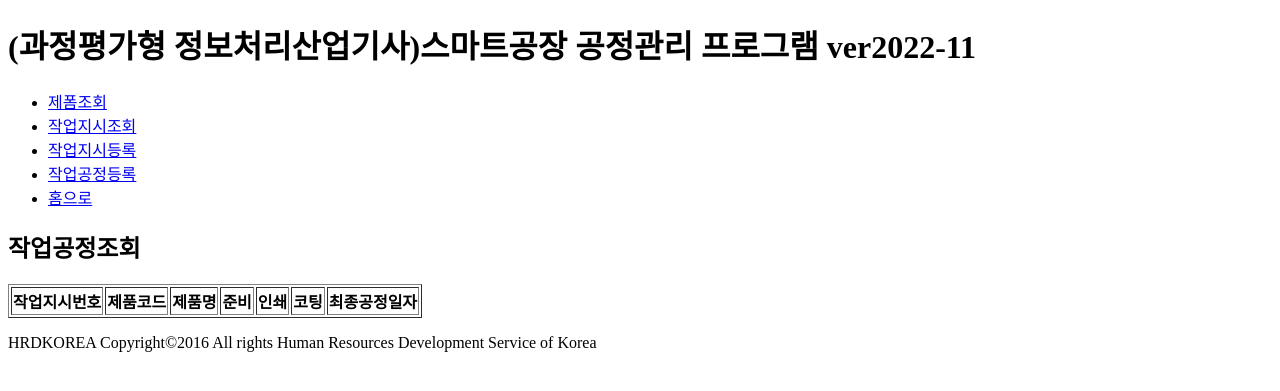
Repository: anakyn01/exam
Page: http://localhost/smart_5/sub4.jsp
These files come from the project's save history. The page is drawn as it stood at one moment and after the next save; the edit follows.
The browser window is 1280 px wide. The pictures show the whole page.
The page is served by Tomcat 9. Other server files are loaded and not shown.

Above is the page before, as saved 2025-01-06 07:16:28.

### smart_5/src/main/webapp/sub4.jsp
<%@ page language="java" contentType="text/html; charset=UTF-8"
    pageEncoding="UTF-8"%>
<jsp:include page="include/header.jsp"/>

<section>
<h2>작업공정조회</h2>
<table border=1>
<tr>
<th>작업지시번호</th>
<th>제품코드</th>
<th>제품명</th>
<th>준비</th>
<th>인쇄</th>
<th>코팅</th>
<th>최종공정일자</th>
</tr>
</table>
</section>

<jsp:include page="include/footer.jsp"/>

### smart_5/src/main/webapp/include/header.jsp
<%@ page language="java" contentType="text/html; charset=UTF-8"
    pageEncoding="UTF-8"%>
<!DOCTYPE html>
<html>
<head>
<meta charset="UTF-8">
<title>스마트 공정관리 프로그램</title>
<link rel="stylesheet" href="css/style.css"/>
</head>
<body>
<header>
<h1>(과정평가형 정보처리산업기사)스마트공장 공정관리 프로그램 ver2022-11</h1>
</header>
<nav>
<ul>
<li><a href="sub1.jsp">제폼조회</a></li>
<li><a href="sub2.jsp">작업지시조회</a></li>
<li><a href="sub3.jsp">작업지시등록</a></li>
<li><a href="sub4.jsp">작업공정등록</a></li>
<li><a href="index.jsp">홈으로</a></li>
</ul>
</nav>

### smart_5/src/main/webapp/include/footer.jsp
<%@ page language="java" contentType="text/html; charset=UTF-8"
    pageEncoding="UTF-8"%>
<footer>
<p>HRDKOREA Copyright&copy;2016 All rights Human Resources Development Service of Korea</p>
</footer>
</body>
</html>

Loaded but not shown: smart_5/src/main/webapp/css/style.css (common file)

After the next save:
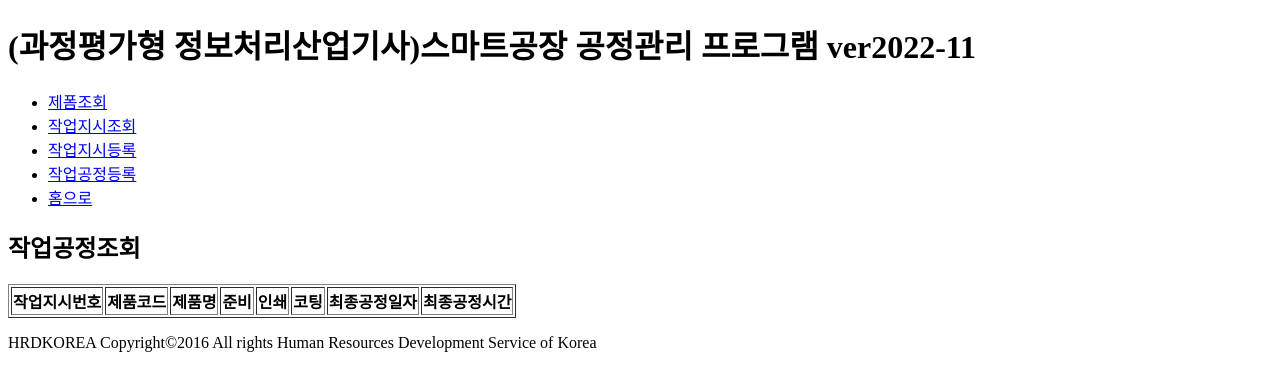
Saved 9 s later.
--- a/smart_5/src/main/webapp/sub4.jsp
+++ b/smart_5/src/main/webapp/sub4.jsp
@@ -13,6 +13,7 @@
 <th>인쇄</th>
 <th>코팅</th>
 <th>최종공정일자</th>
+<th>최종공정시간</th>
 </tr>
 </table>
 </section>
